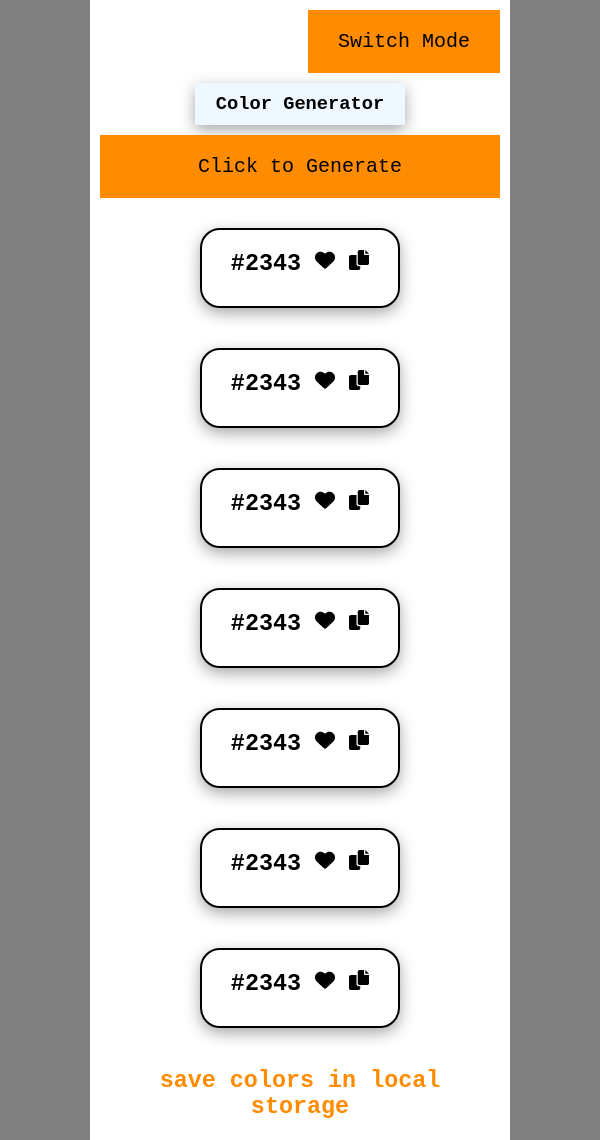
Repository: subhaDTECH/color-task
Page: index.html
An editor plug-in stored every save of this project. The page is shown before and after the next save, followed by the edit.
The browser window is 600 px wide. The pictures show the whole page.

Above is the page before, as saved 2022-02-20 07:39:09.

After the next save:
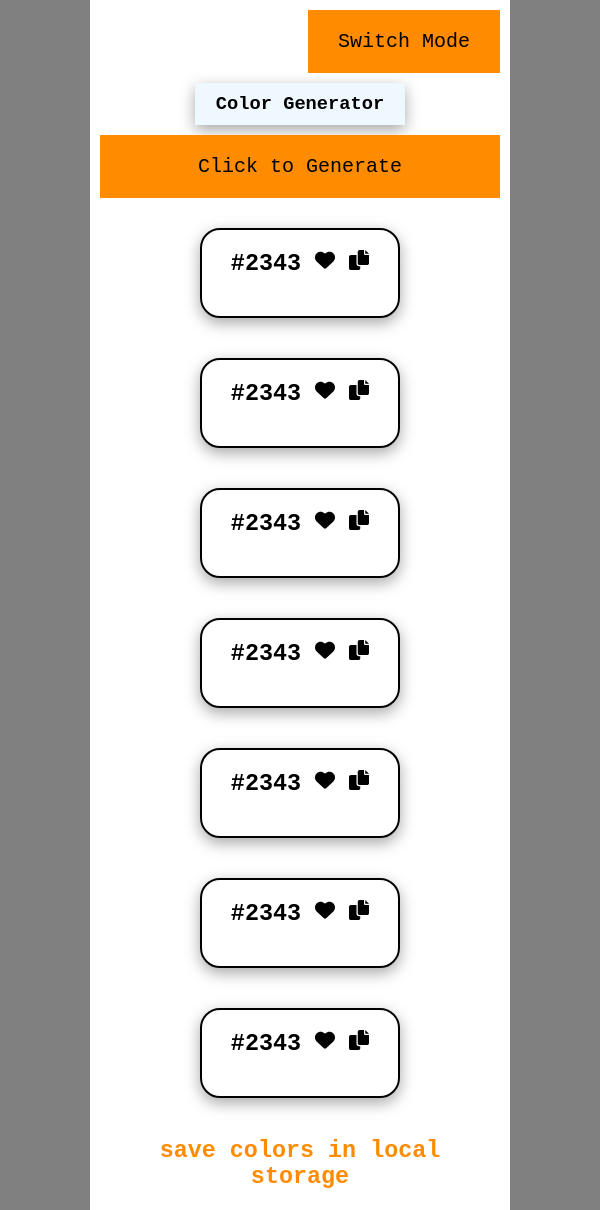
Saved 15 s later.
--- a/style.css
+++ b/style.css
@@ -94,7 +94,7 @@
 
 .color{
     width: 200px;
-    height: 80px;
+    height: 90px;
 }
 .color-generator{
     width: 100vw;
